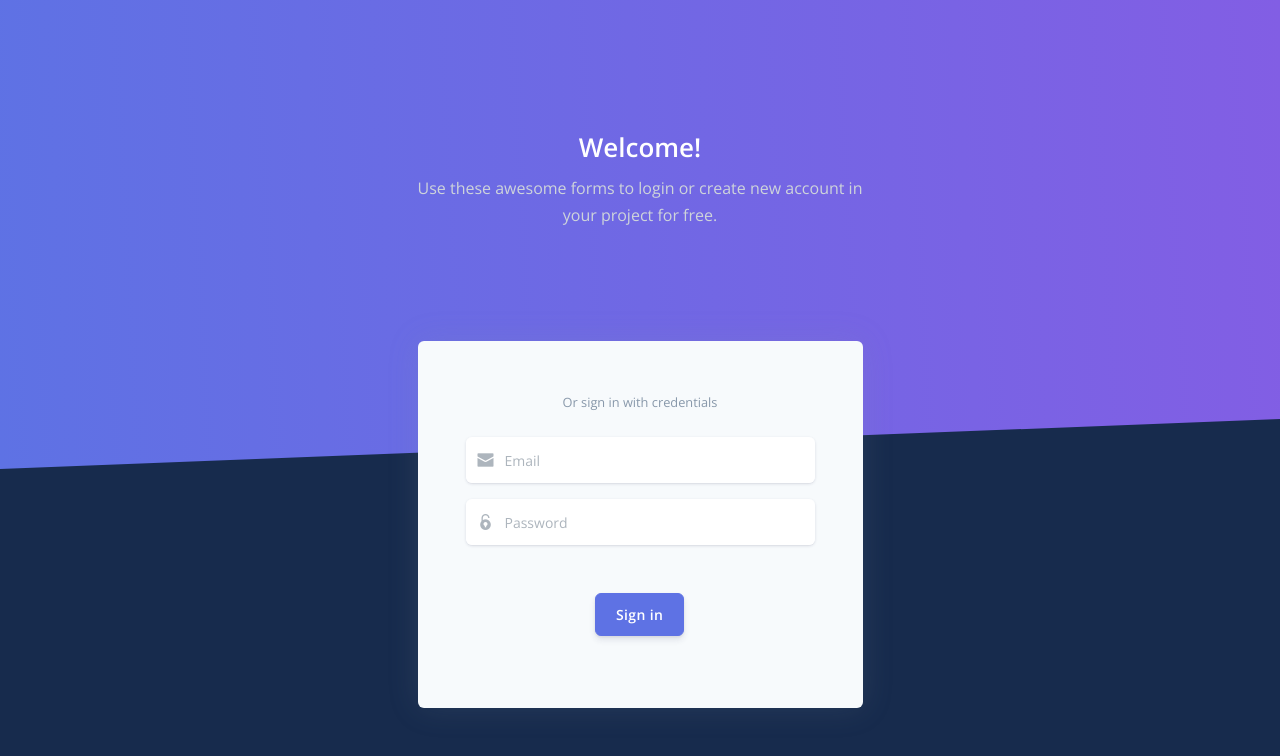
Repository: Hareeshgoli/restuarnt
Page: http://localhost/login
An editor plug-in stored every save of this project. The page is shown before and after the next save, followed by the edit.
The browser window is 1280 px wide. The pictures show the whole page.
The page is this project's Thymeleaf template; nobody is signed in. The template is opened directly, without the code that normally fills it, so the values that code supplies are empty.

Above is the page before, as saved 2020-02-28 10:02:51.

### resturant/src/main/resources/templates/login.html

<!DOCTYPE html>
<html lang="en">

<head>
  <meta charset="utf-8" />
  <meta name="viewport" content="width=device-width, initial-scale=1, shrink-to-fit=no">
  <title>
   Welcome
  </title>
  <!-- Favicon -->
  <link href="../assets/img/brand/favicon.png" rel="icon" type="image/png">
  <!-- Fonts -->
  <link href="https://fonts.googleapis.com/css?family=Open+Sans:300,400,600,700" rel="stylesheet">
  <!-- Icons -->
  <link href="../assets/js/plugins/nucleo/css/nucleo.css" rel="stylesheet" />
  <link href="../assets/js/plugins/@fortawesome/fontawesome-free/css/all.min.css" rel="stylesheet" />
  <!-- CSS Files -->
  <link href="../assets/css/argon-dashboard.css?v=1.1.2" rel="stylesheet" />
</head>

<body class="bg-default">
  <div class="main-content">
    <!-- Header -->
    <div class="header bg-gradient-primary py-7 py-lg-8">
      <div class="container">
        <div class="header-body text-center mb-7">
          <div class="row justify-content-center">
            <div class="col-lg-5 col-md-6">
              <h1 class="text-white">Welcome!</h1>
              <p class="text-lead text-light">Use these awesome forms to login or create new account in your project for free.</p>
            </div>
          </div>
        </div>
      </div>
      <div class="separator separator-bottom separator-skew zindex-100">
        <svg x="0" y="0" viewBox="0 0 2560 100" preserveAspectRatio="none" version="1.1" xmlns="http://www.w3.org/2000/svg">
          <polygon class="fill-default" points="2560 0 2560 100 0 100"></polygon>
        </svg>
      </div>
    </div>
    <!-- Page content -->
    <div class="container mt--8 pb-5">
      <div class="row justify-content-center">
        <div class="col-lg-5 col-md-7">
          <div class="card bg-secondary shadow border-0">

            <div class="card-body px-lg-5 py-lg-5">
              <div class="text-center text-muted mb-4">
                <small>Or sign in with credentials</small>
              </div>
              <form role="form">
                <div class="form-group mb-3">
                  <div class="input-group input-group-alternative">
                    <div class="input-group-prepend">
                      <span class="input-group-text"><i class="ni ni-email-83"></i></span>
                    </div>
                    <input class="form-control" placeholder="Email" type="email">
                  </div>
                </div>
                <div class="form-group">
                  <div class="input-group input-group-alternative">
                    <div class="input-group-prepend">
                      <span class="input-group-text"><i class="ni ni-lock-circle-open"></i></span>
                    </div>
                    <input class="form-control" placeholder="Password" type="password">
                  </div>
                </div>
                <div class="text-center">
                  <button type="button" class="btn btn-primary my-4">Sign in</button>
                </div>
              </form>
            </div>
          </div>

        </div>
      </div>
    </div>

  </div>
  <!--   Core   -->
  <script src="../assets/js/plugins/jquery/dist/jquery.min.js"></script>
  <script src="../assets/js/plugins/bootstrap/dist/js/bootstrap.bundle.min.js"></script>
  <!--   Optional JS   -->
  <!--   Argon JS   -->
  <script src="../assets/js/argon-dashboard.min.js?v=1.1.2"></script>
  <script src="https://cdn.trackjs.com/agent/v3/latest/t.js"></script>
  <script>
    window.TrackJS &&
      TrackJS.install({
        token: "ee6fab19c5a04ac1a32a645abde4613a",
        application: "argon-dashboard-free"
      });
  </script>
</body>

</html>

Loaded but not shown: resturant/src/main/resources/static/assets/js/plugins/nucleo/css/nucleo.css (library); resturant/src/main/resources/static/assets/js/plugins/@fortawesome/fontawesome-free/css/all.min.css (library); resturant/src/main/resources/static/assets/css/argon-dashboard.css (library); resturant/src/main/resources/static/assets/js/plugins/jquery/dist/jquery.min.js (library); resturant/src/main/resources/static/assets/js/plugins/bootstrap/dist/js/bootstrap.bundle.min.js (library); resturant/src/main/resources/static/assets/js/argon-dashboard.min.js (library)

After the next save:
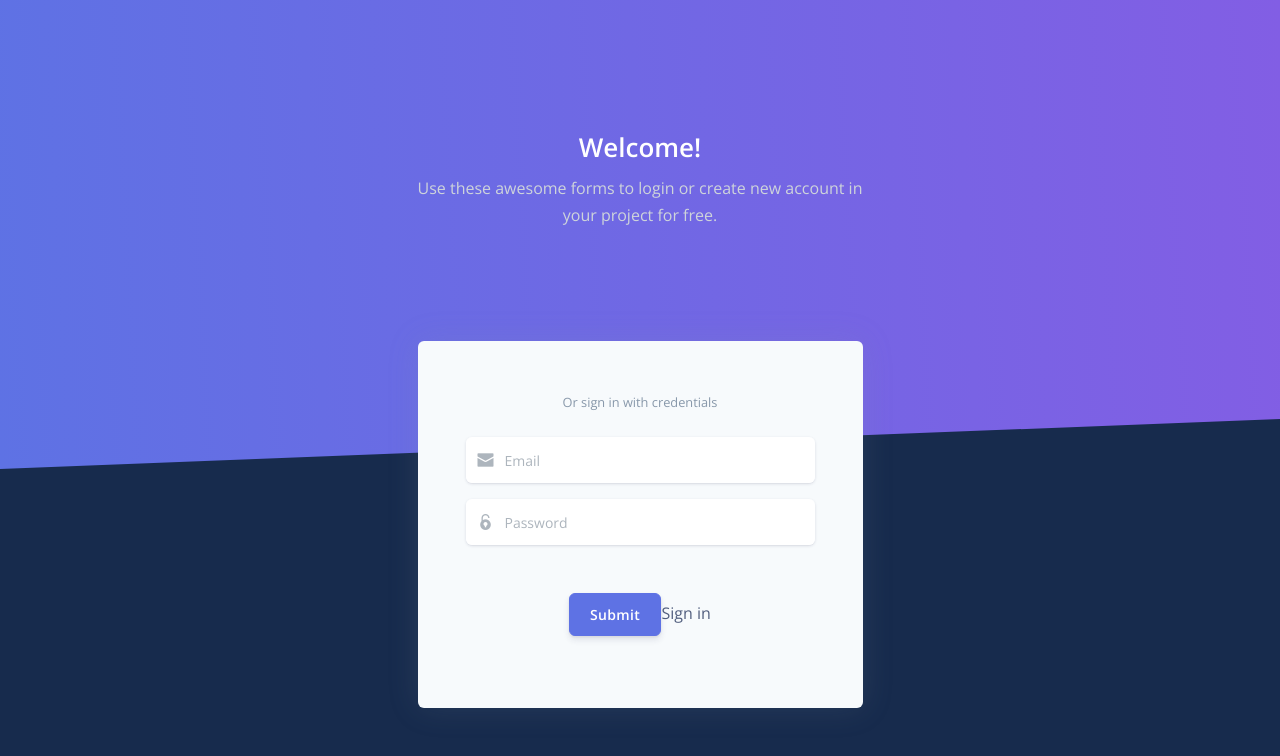
Saved 26 s later.
--- a/resturant/src/main/resources/templates/login.html
+++ b/resturant/src/main/resources/templates/login.html
@@ -67,7 +67,7 @@
                   </div>
                 </div>
                 <div class="text-center">
-                  <button type="button" class="btn btn-primary my-4">Sign in</button>
+                  <input type="submit" class="btn btn-primary my-4">Sign in</button>
                 </div>
               </form>
             </div>
